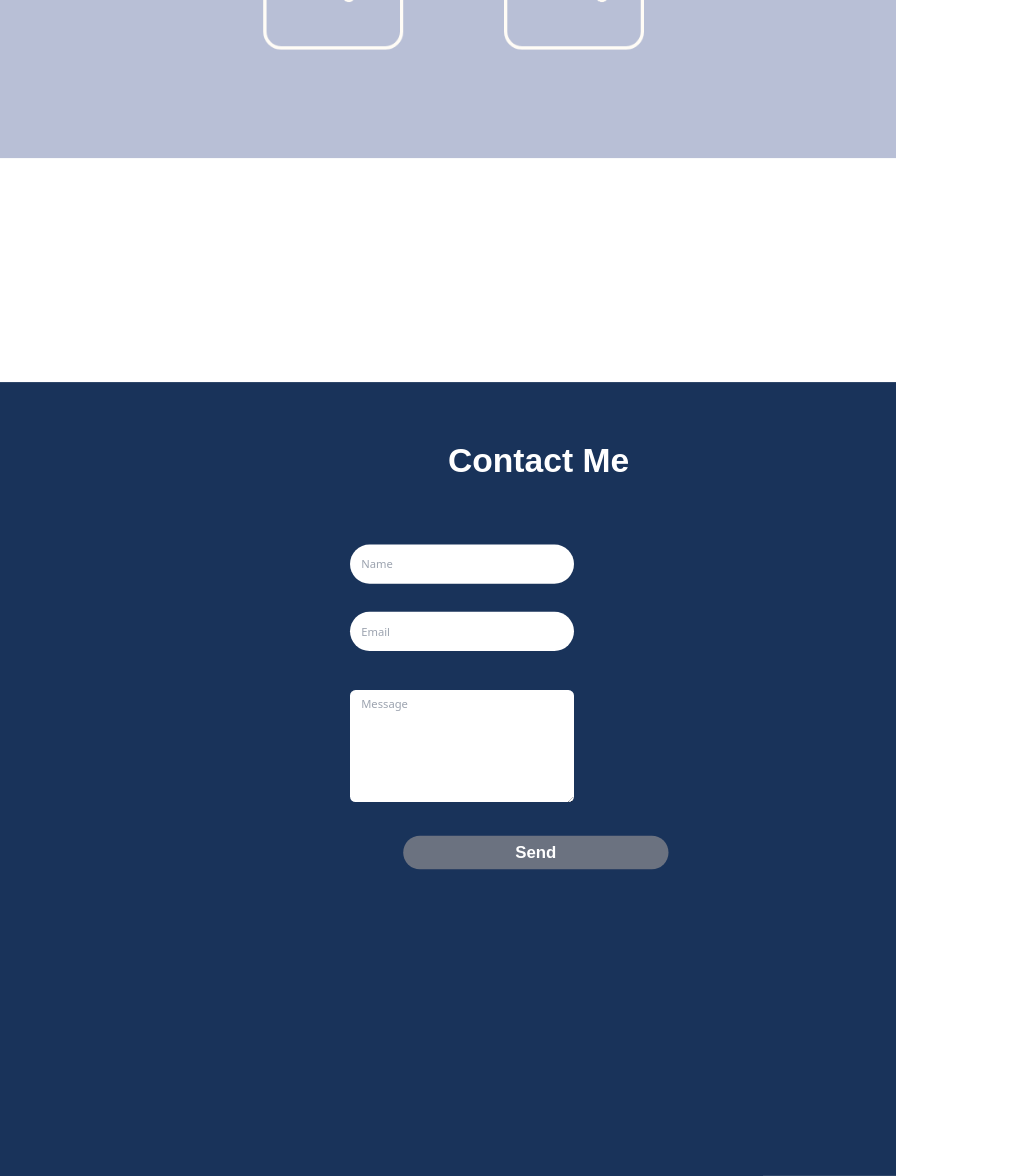
Repository: MEROO1010/my_portfolio
Page: /
An editor plug-in stored every save of this project. The page is shown before and after a run of saves, followed by the edit.
The browser window is 1280 px wide. The page is 1472 px wide, so the pictures cover 1472 px, including what lies to the right of the window. The pictures show the part of the page from y = 3137 to 4817 px (the page is 4817 px tall before and 4723 px after), at 70% of full size.
The project was rebuilt for these pictures with package versions that can differ from the ones it lists, and the page was loaded fresh each time. The framework's server and built-in components were replaced by stand-ins that run in the browser. Also part of the build but not shown: next.config.js.

Above is the page before, as saved 2023-10-03 12:41:04.

After the next 2 saves:
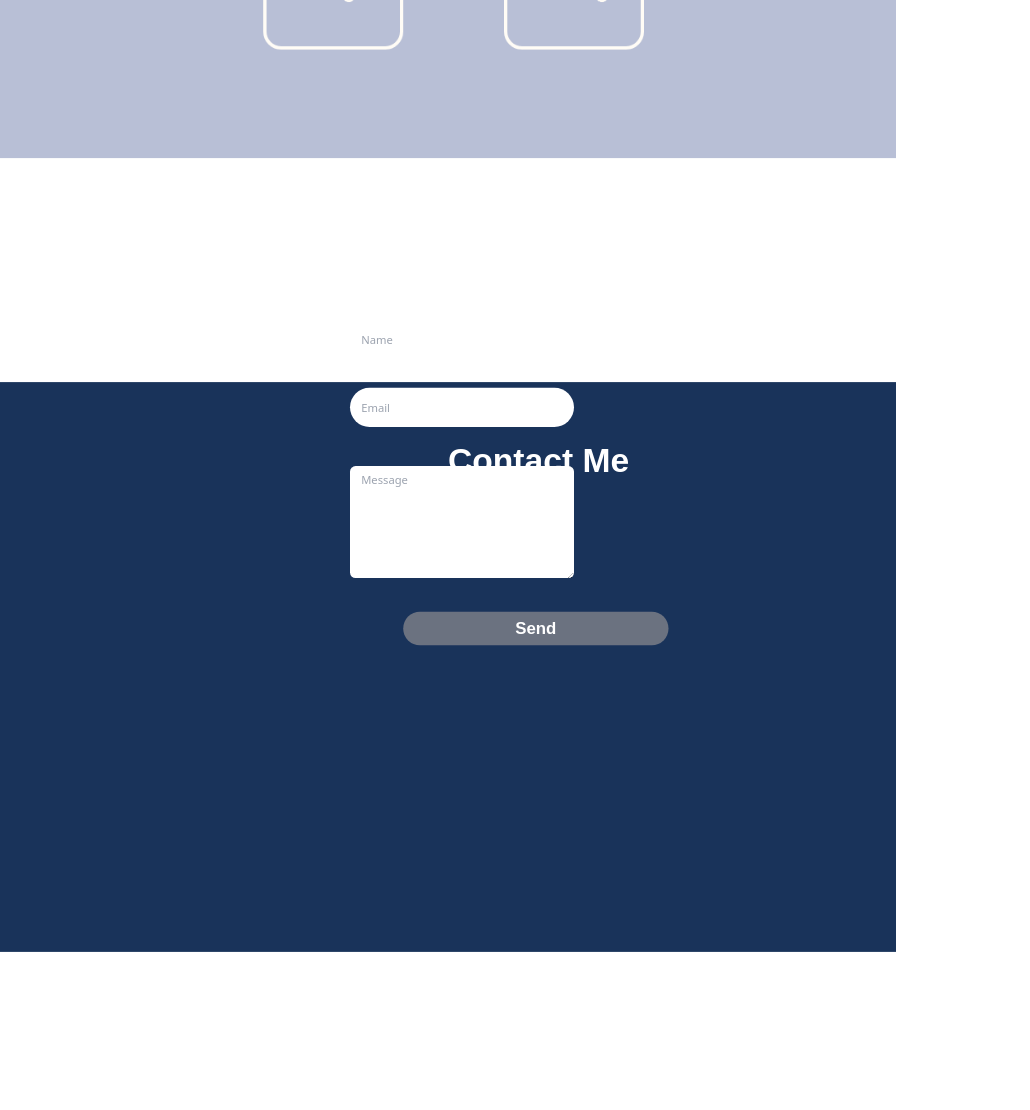
The 2 saves are shown as one change because they came seconds apart.
The last was saved 52 s later.
--- a/pages/components/ContactMe.tsx
+++ b/pages/components/ContactMe.tsx
@@ -6,7 +6,7 @@
 
   return (
     <div className="relative  bottom-0 h-screen">
-      <div className="relative  py-80 bottom-80 bg-[#19335A]">
+      <div className="relative  pb-80 bottom-80 bg-[#19335A]">
         <div>
           <h1 className="absolute py-2 px-60 mx-20 top-20 left-80 font-raleway font-bold text-5xl text-white">
             Contact Me

After the save that followed:
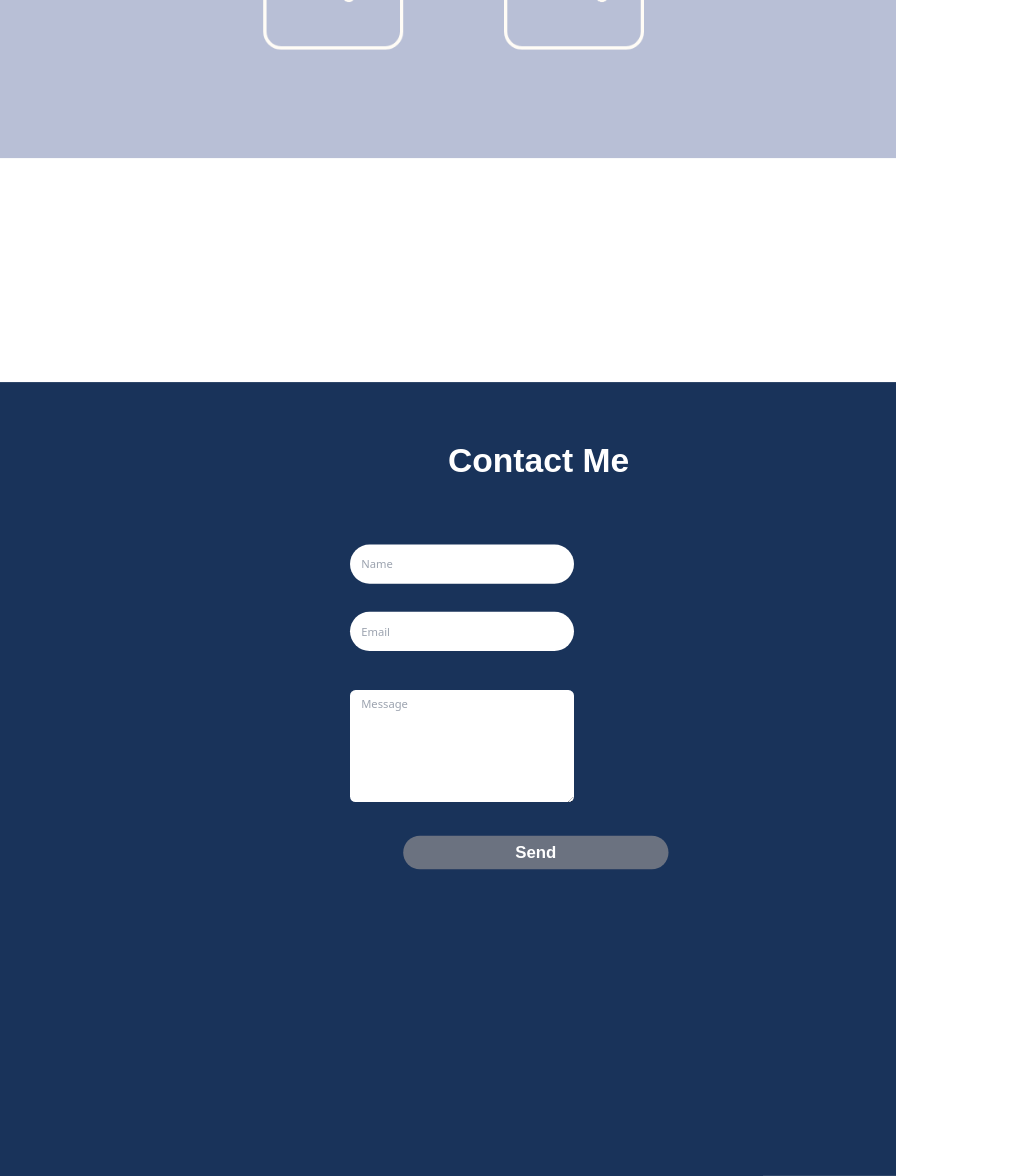
Saved 4 s later.
--- a/pages/components/ContactMe.tsx
+++ b/pages/components/ContactMe.tsx
@@ -6,7 +6,7 @@
 
   return (
     <div className="relative  bottom-0 h-screen">
-      <div className="relative  pb-80 bottom-80 bg-[#19335A]">
+      <div className="relative  py-80 bottom-80 bg-[#19335A]">
         <div>
           <h1 className="absolute py-2 px-60 mx-20 top-20 left-80 font-raleway font-bold text-5xl text-white">
             Contact Me
